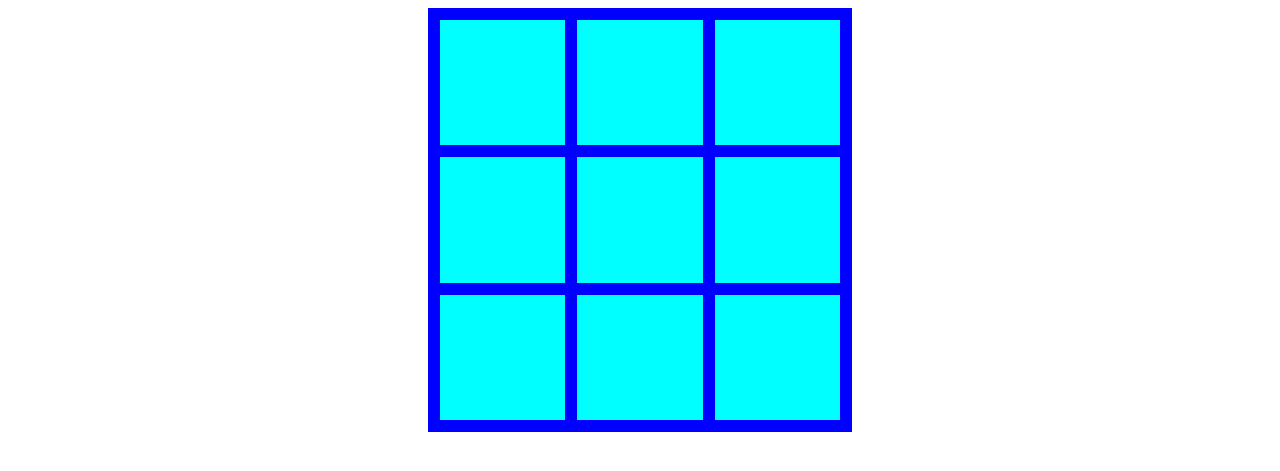
Repository: yeetzpxoci/tic-tac-toe
Page: index.html
These files come from the project's save history. The page is drawn as it stood at one moment and after the next save; the edit follows.
The browser window is 1280 px wide. The pictures show the whole page.

Above is the page before, as saved 2023-02-23 12:13:49.
Console error: ReferenceError: i is not defined

After the next save:
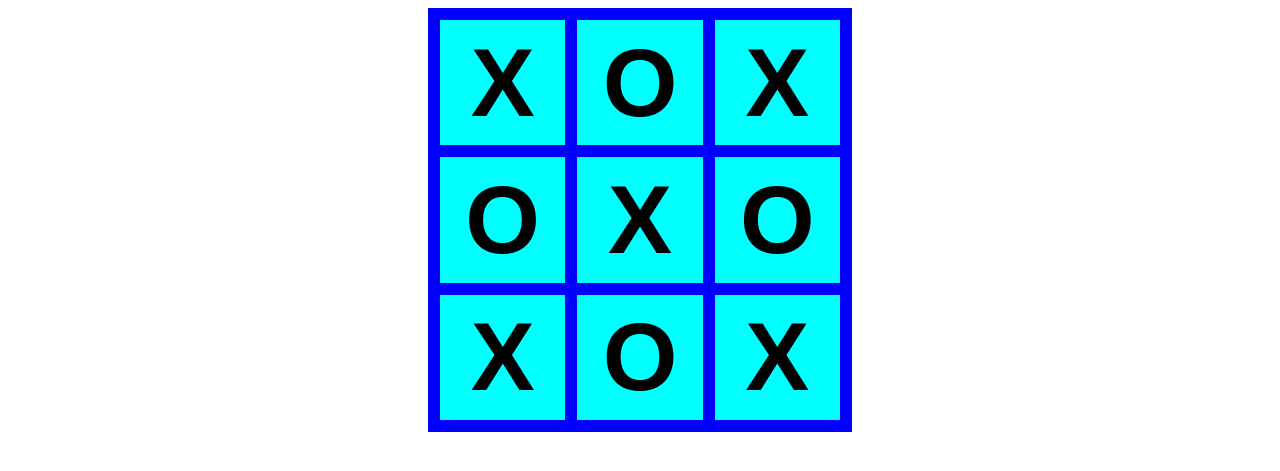
The error is gone.
Saved 10 s later.
--- a/script.js
+++ b/script.js
@@ -39,7 +39,7 @@ const game = (() => {
     let turn = "X";
 
     const playRound = (square, index) => {
-        players(turn).play(i);
+        players(turn).play(index);
         this.innerHTML = turn;
         renderBoard();
         if (turn === "X") {
